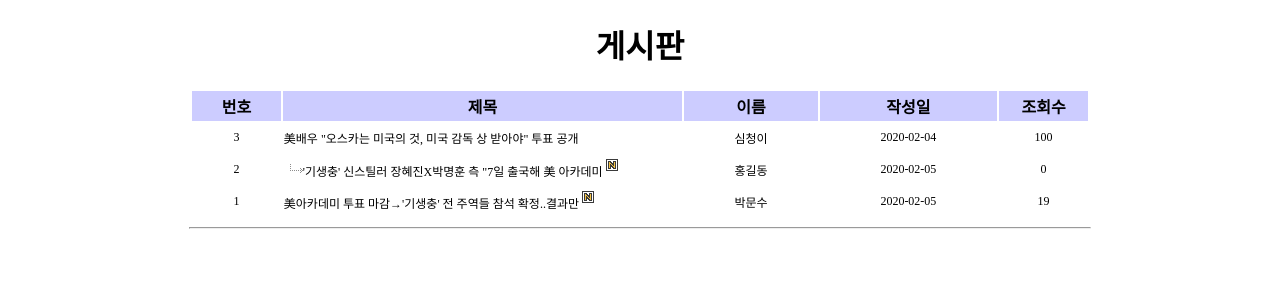
Repository: Rummikub/DBStudy
Page: HTML Project3/WebContent/html/list.html
These files come from the project's save history. The page is drawn as it stood at one moment and after the next save; the edit follows.
The browser window is 1280 px wide. The pictures show the whole page.

Above is the page before, as saved 2020-02-05 06:46:56.

### HTML Project3/WebContent/html/list.html
<!DOCTYPE html>
<html>
<head>
<meta charset="UTF-8">
<title>Insert title here</title>
<style type="text/css">
td {
	font-size:9pt
}</style>
</head>
<body>
	<center>
	 <h1>게시판</h1>
	 <table border=0 width=900>
	  <tr bgcolor="#ccccff" height="30">
	   <th width=10%>번호</th>
	   <th width=45%>제목</th>
	   <th width=15%>이름</th>
	   <th width=20%>작성일</th>
	   <th width=10%>조회수</th>
	  </tr>
	  <tr height="30">
	   <td width=10% align="center">3</td>
	   <td width=45%>美배우 "오스카는 미국의 것, 미국 감독 상 받아야" 투표 공개</td>
	   <td width=15% align="center">심청이</td>
	   <td width=20% align="center">2020-02-04</td>
	   <td width=10% align="center">100</td>
	  </tr>
	  <tr height="30">
	   <td width=10% align="center">2</td>
	   <td width=45%>&nbsp;&nbsp;<img src="icon_reply.gif">'기생충' 신스틸러 장혜진X박명훈 측 "7일 출국해 美 아카데미&nbsp;<sup><img src="new.gif"></sup></td>
	   <td width=15% align="center">홍길동</td>
	   <td width=20% align="center">2020-02-05</td>
	   <td width=10% align="center">0</td>
	  </tr>
	  <tr height="30">
	   <td width=10% align="center">1</td>
	   <td width=45%>美아카데미 투표 마감→'기생충' 전 주역들 참석 확정..결과만&nbsp;<sup><img src="new.gif"></sup></td>
	   <td width=15% align="center">박문수</td>
	   <td width=20% align="center">2020-02-05</td>
	   <td width=10% align="center">19</td>
	  </tr>
	 </table>
	 <hr width=900>
	</center>
</body>
</html>

After the next save:
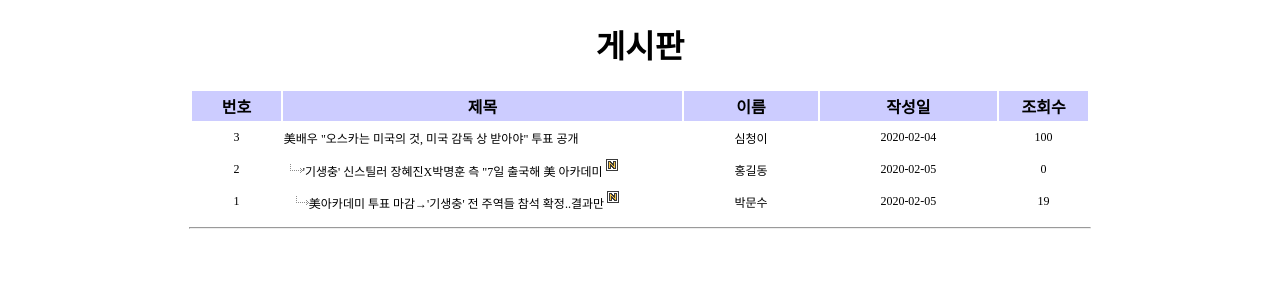
Saved 28 s later.
--- a/HTML Project3/WebContent/html/list.html
+++ b/HTML Project3/WebContent/html/list.html
@@ -35,7 +35,7 @@
 	  </tr>
 	  <tr height="30">
 	   <td width=10% align="center">1</td>
-	   <td width=45%>美아카데미 투표 마감→'기생충' 전 주역들 참석 확정..결과만&nbsp;<sup><img src="new.gif"></sup></td>
+	   <td width=45%>&nbsp;&nbsp;&nbsp;&nbsp;<img src="icon_reply.gif">美아카데미 투표 마감→'기생충' 전 주역들 참석 확정..결과만&nbsp;<sup><img src="new.gif"></sup></td>
 	   <td width=15% align="center">박문수</td>
 	   <td width=20% align="center">2020-02-05</td>
 	   <td width=10% align="center">19</td>
